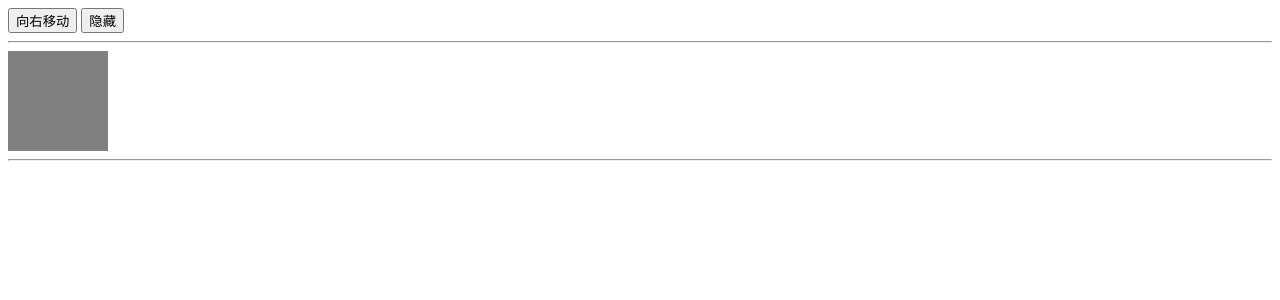
Repository: jsjchai/springmvc_study
Page: springmvc/jquery/jquery_Test/WebContent/jqueryTest15.html
An editor plug-in stored every save of this project. The page is shown before and after the next save, followed by the edit.
The browser window is 1280 px wide. The pictures show the whole page.

Above is the page before, as saved 2015-04-06 12:17:30.

After the next save:
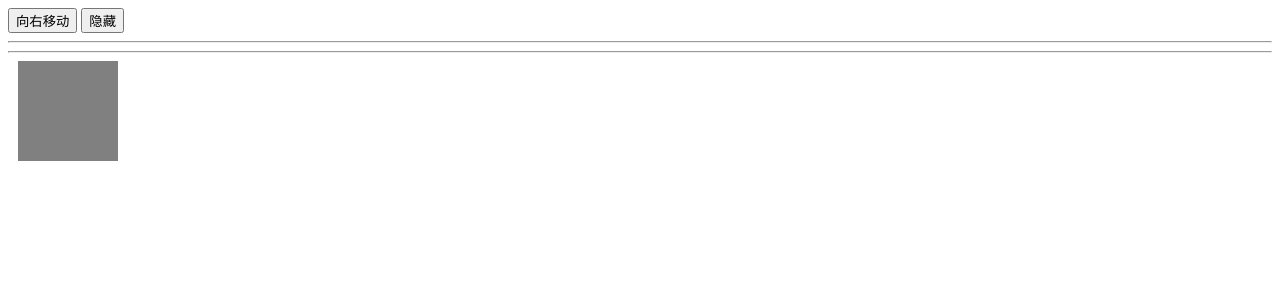
Saved 95 s later.
--- a/springmvc/jquery/jquery_Test/WebContent/jqueryTest15.html
+++ b/springmvc/jquery/jquery_Test/WebContent/jqueryTest15.html
@@ -22,7 +22,7 @@
 	<input type="button" value="向右移动" id="b1">
 	<input type="button" value="隐藏" id="b2">
 	<hr>
-	<div id="d1" style="width: 100px;height: 100px;background-color: gray;"></div>
+	<div id="d1" style="width: 100px;height: 100px;background-color: gray;margin: 10px;position: absolute; "></div>
 	<hr>
 </body>
 </html>
